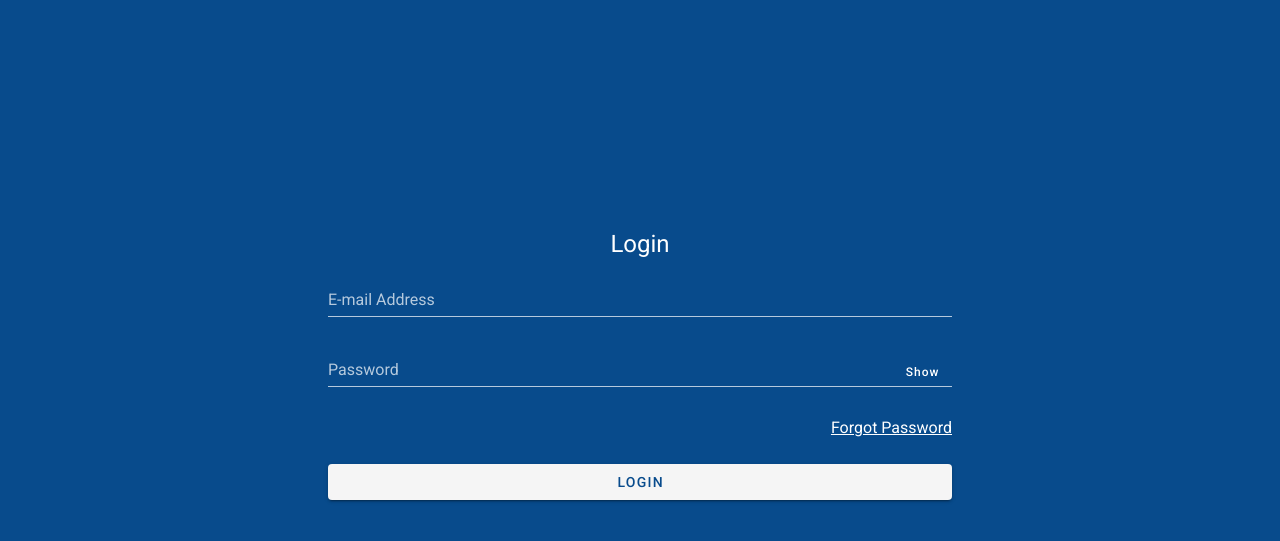
Repository: Grace229/Login
Page: /
These files come from the project's save history. The page is drawn as it stood at one moment and after the next save; the edit follows.
The browser window is 1280 px wide. The pictures show the whole page.
The project was rebuilt for these pictures with package versions that can differ from the ones it lists, and the page was loaded fresh each time. Also part of the build but not shown: vue.config.js. Imported but missing from the stored project, and not drawn on this page: src/views/About.vue.

Above is the page before, as saved 2021-02-12 10:25:27.

After the next save:
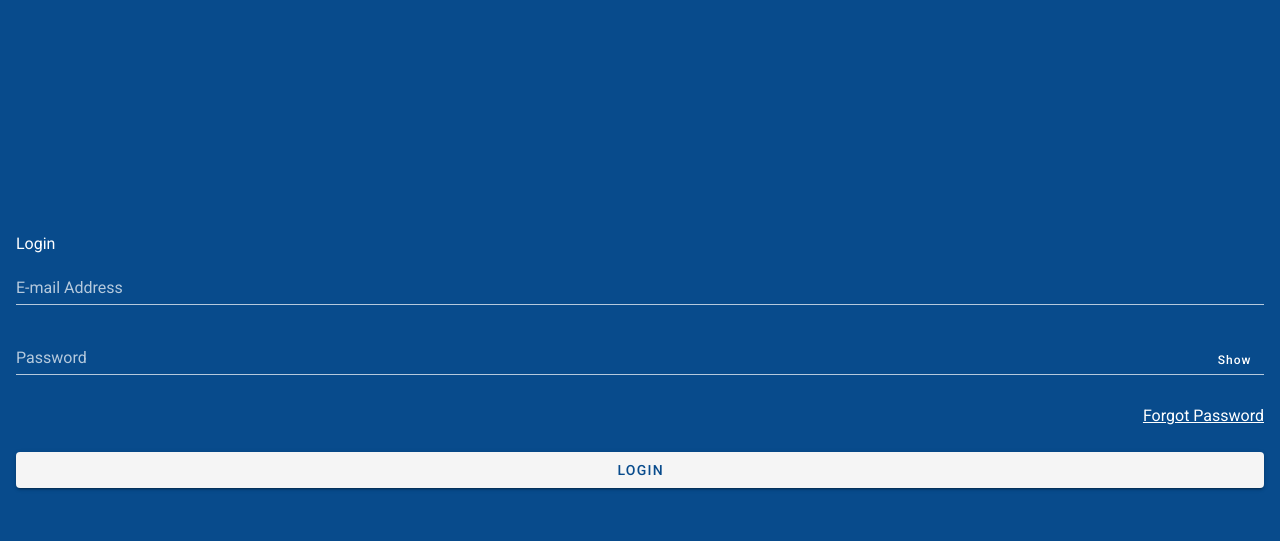
Saved 2 h 55 min later.
--- a/src/views/Home.vue
+++ b/src/views/Home.vue
@@ -1,16 +1,16 @@
 <template>
   <main
-    style="min-height:100vh"
-    class="primary fill-height white--text d-flex flex-column justify-center pa-4"
+    style="min-height:100vh width: 50%"
+    class="primary fill-height white--text d-flex flex-column justify-center pa-4 mx-auto"
   >
     <div>
       <header>
-        <div class="headline text-center py-2">
+        <div>
           Login
         </div>
       </header>
 
-      <section class="mx-auto" style="width: 50%">
+      <section class="" style="">
         <div>
           <v-text-field
             dark
